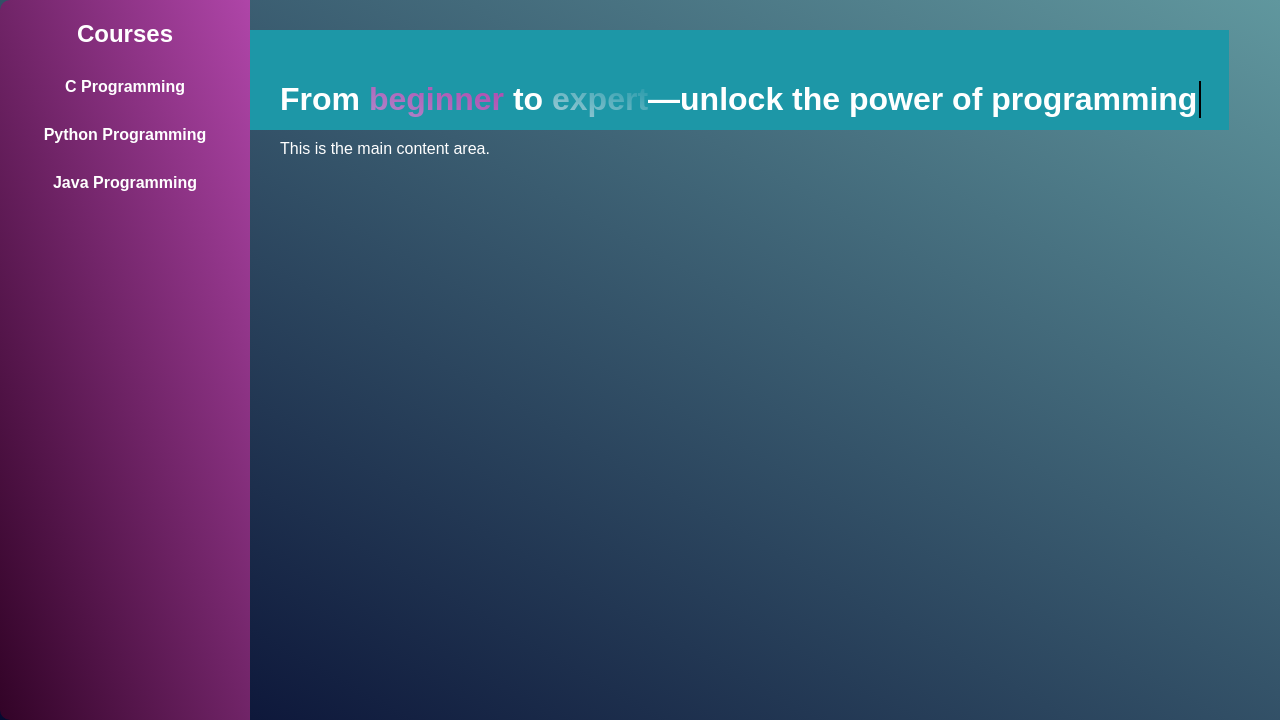
Repository: RishitSharma88/SeaGro
Page: templates/learningcourses.html
The author's editor kept a copy of each file at every save. The page is drawn from the files as they stood at one save, then again after the next save.
The browser window is 1280 px wide. The pictures show the whole page.
The template is drawn by Flask 3. The application's start-up code is not run. The template is opened directly, without the code that normally fills it, so the values that code supplies are empty.

Above is the page before, as saved 2024-12-28 15:32:29.

After the next save:
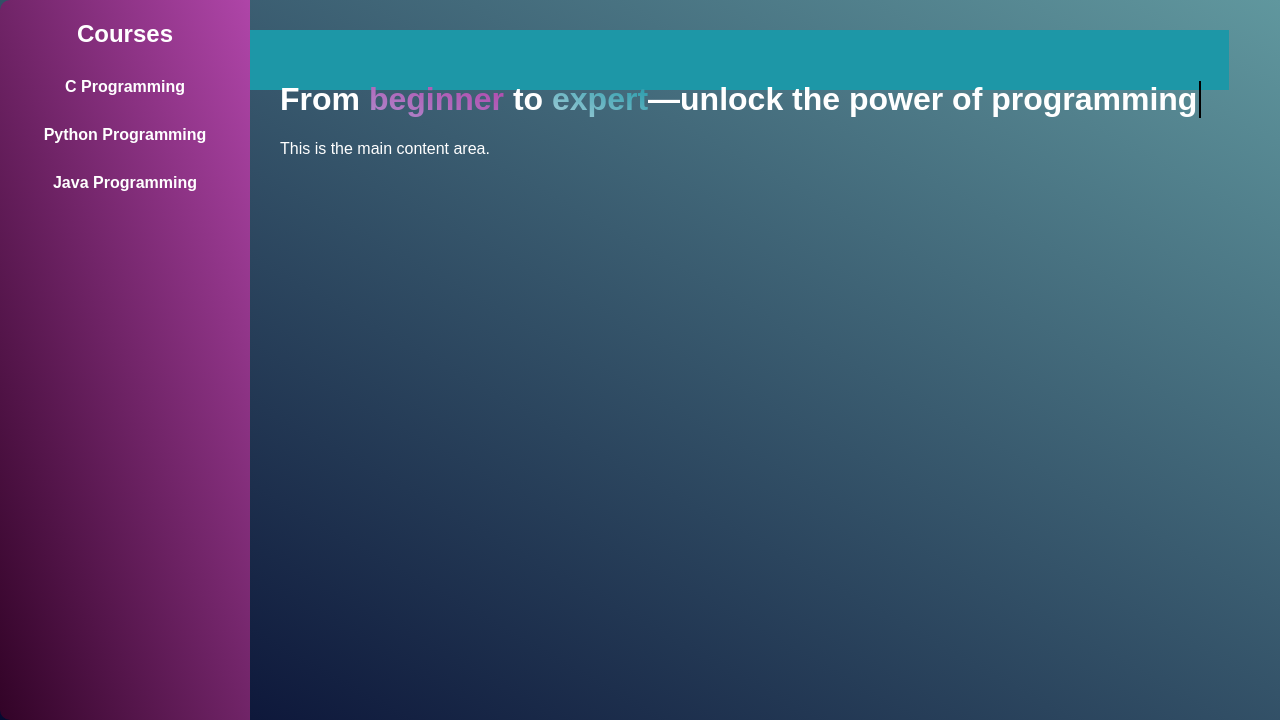
Saved 21 s later.
--- a/templates/learningcourses.html
+++ b/templates/learningcourses.html
@@ -104,7 +104,7 @@
             padding: 10px;
             display: flex;
             margin-top:30px;
-            height:80px;
+            height:40px;
         }
 
         /*.sidebar.collapsed {

After the save that followed:
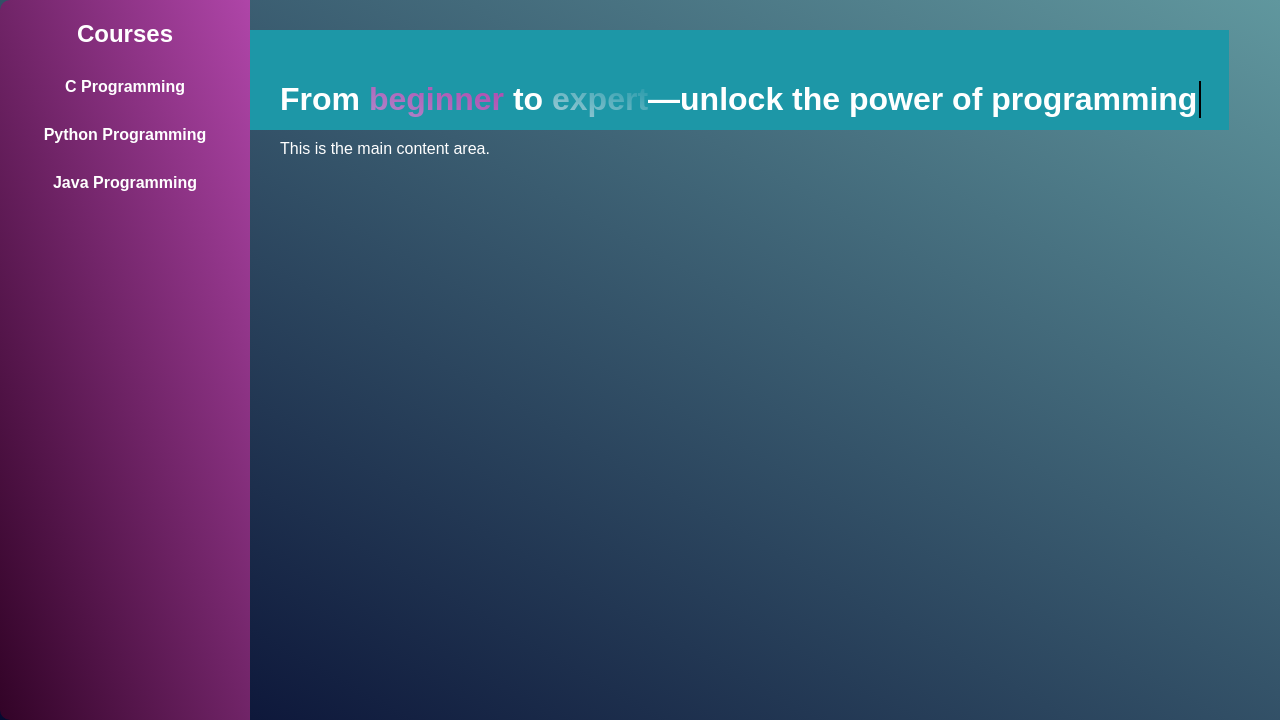
Saved 13 s later.
--- a/templates/learningcourses.html
+++ b/templates/learningcourses.html
@@ -104,7 +104,7 @@
             padding: 10px;
             display: flex;
             margin-top:30px;
-            height:40px;
+            height:80px;
         }
 
         /*.sidebar.collapsed {
